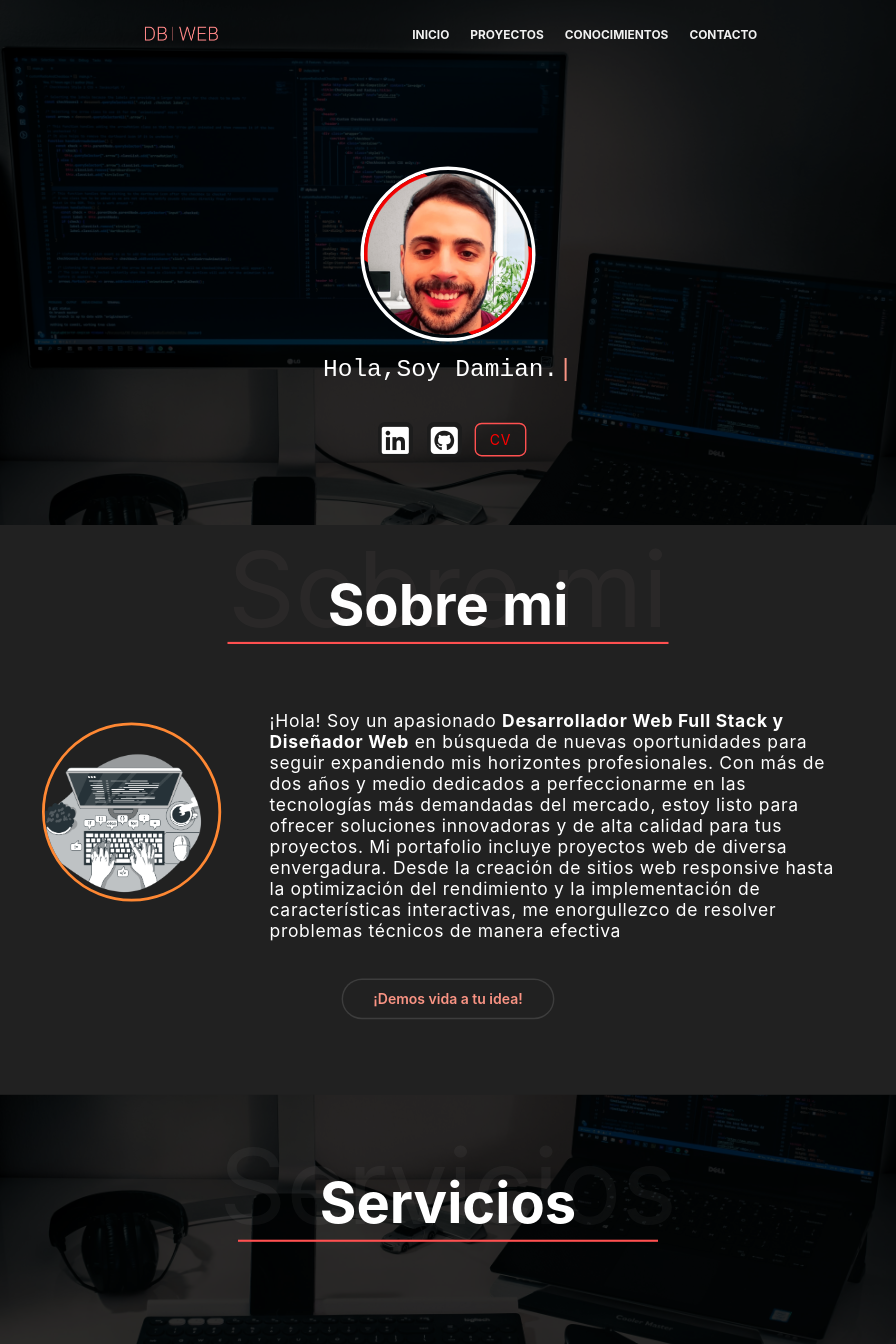
Repository: DamianBermudez94/DB-Porfolio
Page: /
The author's editor kept a copy of each file at every save. The page is drawn from the files as they stood at one save, then again after the next save.
The browser window is 1280 px wide. The pictures show the part of the page from y = 0 to 1920 px (the page is 6185 px tall before and 4885 px after), at 70% of full size.
Backgrounds fixed to the window are drawn as part of the page. Some web libraries are served in a nearby version. The project was rebuilt for these pictures with package versions that can differ from the ones it lists, and the page was loaded fresh each time. Also part of the build but not shown: vite.config.js, src/components/Conocimientos/styles.css, src/components/Conocimientos/Conocimientos.jsx, src/pages/AcerdaDe.jsx, src/components/Contacto/styles.css, src/components/Contacto/Contact.jsx, src/pages/contacto.jsx, src/data/trabajos.js and 4 more.

Above is the page before, as saved 2024-04-02 09:57:56.

### index.html
<!DOCTYPE html>
<html lang="es">
  <head>
    <meta charset="utf-8" />
    <meta name="viewport" content="width=device-width, initial-scale=1" />
    <meta name="geo.position" content="-35.1853171; -59.1479442" />
    <link
      rel="icon"
      type="image/png"
      sizes="32x32"
      href="./public/image/icons-favicon-DB.png"
    />
    <link
      rel="apple-touch-icon"
      type="image/png"
      sizes="32x32"
      href="./public/image/icons-favicon-DB.png"
    />

    <link rel="manifest" href="./src/manifiesto.json" />
    <title>Damián Bermúdez - Developer</title>
    <meta name="author" content="Damián Bermúdez" />
    <meta
      name="description"
      content="Desarrollador Web Full Stack - Diseñador Web - Paginás Web - Damián Bermúdez"
    />
    <meta name="theme-color" content="#000000" />
    <!--Estilos-->
    <script
      src="https://kit.fontawesome.com/bdbed0aafa.js"
      crossorigin="anonymous"
    ></script>
    <link rel="preconnect" href="https://fonts.gstatic.com" />
    <link rel="preconnect" href="https://fonts.gstatic.com" />
    <link rel="preconnect" href="https://fonts.gstatic.com" />
    <link rel="preconnect" href="https://fonts.gstatic.com" />
    <link
      href="https://fonts.googleapis.com/css2?family=Raleway:wght@200;300&family=Roboto:wght@100;300&display=swap"
      rel="stylesheet"
    />
  </head>
  <body>
    <div id="root"></div>
    <script type="module" defer src="/src/main.jsx"></script>
  </body>
</html>

### src/main.jsx
import ReactDOM from "react-dom/client";

import App from "./App";
import "./index.css";
const root = ReactDOM.createRoot(document.getElementById("root"));
root.render(<App />);

### src/App.jsx
import { useState, useEffect } from "react";
import { MisRutas } from "./routers/MisRutas";
import { BrowserRouter } from "react-router-dom";
import backgroundImage from "../public/image/banner-parallax2.jpg";
import "./App.css";
function App() {
  const [scrollPosition, setScrollPosition] = useState(0);

  useEffect(() => {
    const handleScroll = () => {
      setScrollPosition(window.pageYOffset);
    };

    window.addEventListener("scroll", handleScroll);

    return () => {
      window.removeEventListener("scroll", handleScroll);
    };
  }, []);

  return (
    <main className="content-main parallax-container">
      <div
        className="parallax-background"
        style={{
          backgroundImage: `url(${backgroundImage})`,
          backgroundPositionY: scrollPosition / 2 + "px",
        }}
      />
      <div className="parallax-content">
        <BrowserRouter>
          <MisRutas />
        </BrowserRouter>
      </div>
    </main>
  );
}

export default App;

### src/index.css
* {
  margin: 0;
  padding: 0;
  box-sizing: border-box;
}
body {
  font-family: -apple-system, BlinkMacSystemFont, "Segoe UI", "Roboto", "Oxygen",
    "Ubuntu", "Cantarell", "Fira Sans", "Droid Sans", "Helvetica Neue",
    sans-serif;
  -webkit-font-smoothing: antialiased;
  -moz-osx-font-smoothing: grayscale;
}

### src/routers/MisRutas.jsx
import {Routes, Route } from "react-router-dom";

import { Inicio } from "../pages/Inicio";
/*import { Servicios } from "../pages/Servicios";*/
import { AcerdaDe } from "../pages/AcerdaDe";
import { Contacto } from "../pages/contacto";
import { Proyectos } from "../pages/Proyecto";
import { Error } from "../components/Error";
import { NavHeader } from "../components/header/NavHeader";
import { Footer } from "../components/Footer/Footer";

export const MisRutas = () => {
  return (
    <div className="layout">
      {/*Header y navegacion*/}
      <NavHeader />
      {/*Contenido general*/}

      <Routes>
        <Route path="/" element={<Inicio />} />
        <Route path="/inicio" element={<Inicio />} />
        <Route path="/conocimientos" element={<AcerdaDe />} />
        <Route path="/contacto" element={<Contacto />} />
        <Route path="/proyecto" element={<Proyectos />} />
        <Route path="*" element={<Error />} />
      </Routes>

      {/* Footer*/}
      <Footer />
    </div>
  );
};

### src/App.css
.parallax-container {
  position: relative;
  overflow: hidden;
  color: #fff;


}
.parallax-background {
  position: absolute;
  top: 0;
  left: 0;
  width: 100%;
  height: 100%;
  background-size: cover;
  background-position: center;
  background-attachment: fixed;

}
.parallax-content {
 /* Agregamos una transición para suavizar la animación */
  padding-top: 150px;
  background-color: rgba(0, 0, 0, 0.8);
  position: relative;
  z-index: 1; /* Asegura que el contenido esté sobre la imagen de fondo */
}

### src/pages/Inicio.jsx
import { Home } from "../components/Home/Home";
export const Inicio = () => {
  return (
    <section>
      <Home />
    </section>
  );
};

### src/components/header/NavHeader.jsx
import { useState, useEffect } from "react";
import { NavLink } from "react-router-dom";
import "./NavHeader.css";
import BurguerButton from "./burgerButton";

export const NavHeader = () => {
  const [clicked, setClicked] = useState(false);
  const [scrolled, setScrolled] = useState(false);
  const handleClick = () => {
    //cuando esta true lo pasa a false y vice versa
    setClicked(!clicked);
  };
  useEffect(() => {
    const handleScroll = () => {
      if (window.scrollY > 50) {
        setScrolled(true);
      } else {
        setScrolled(false);
      }
    };

    window.addEventListener("scroll", handleScroll);

    // Limpiar el event listener en el desmontaje del componente
    return () => {
      window.removeEventListener("scroll", handleScroll);
    };
  }, []);

  return (
    <header className={`header ${scrolled ? "scrolled" : ""}`}>
      <div className="nav-content">
        <div className="logo">
          <NavLink to="/inicio">
            <img
              src={"/image/Logo-DB.png"}
              alt="Damian Bermudez desarrollador web"
            ></img>
          </NavLink>
        </div>

        <BurguerButton
          className="btn-menu"
          clicked={clicked}
          handleClick={handleClick}
        />
        <nav className={`menu ${clicked ? "active" : ""}`}>
          <ul>
            <li>
              <NavLink
                to="/inicio"
                onClick={handleClick}
                className={({ isActive }) => (isActive ? "active" : "")}
              >
                Inicio
              </NavLink>
            </li>
            <li>
              <NavLink
                to="/proyecto"
                onClick={handleClick}
                className={({ isActive }) => (isActive ? "active" : "")}
              >
                proyectos
              </NavLink>
            </li>
            <li>
              <NavLink
                to="/conocimientos"
                onClick={handleClick}
                className={({ isActive }) => (isActive ? "active" : "")}
              >
                conocimientos
              </NavLink>
            </li>
            <li>
              <NavLink
                to="/contacto"
                onClick={handleClick}
                className={({ isActive }) => (isActive ? "active" : "")}
              >
                contacto
              </NavLink>
            </li>
          </ul>
        </nav>
      </div>
    </header>
  );
};

### src/components/Footer/Footer.jsx

import './Footer.css'
export const Footer = () => {
  return (
    <footer className="footer">
      <div className="contenedor-footer container">
          <div className="footer-redes__sociales">
              <a href="https://www.facebook.com" className="link-redes_sociales" ><i className="fab fa-facebook facebook"></i></a>
              <a href="https://www.instagram.com" className="link-redes_sociales" ><i className="fab fa-instagram instagran"></i></a>
              <a href="https://www.linkedin.com" className="link-redes_sociales" ><i className="fab fa-linkedin linkedin"></i></a>
              <a href="https:/www.github.com" className="link-redes_sociales" ><i className="fab fa-github-square github"></i></a>
          </div>
          <hr className='footer-linea__separacion' />
          <div className="footer-text">
              <p className="title-copy">Hecho por<a className="title-footer" href="https://damianbermudezdev.es/">DB|WEB</a></p>
          </div>
      </div>
    </footer>
  )
}

### src/components/header/NavHeader.css
.header {
  height: 80px;
  width: 100%;
  max-width: 1200px;
  display: flex;
  justify-content: space-around;
  align-items: center;
  position: fixed;
  top: 0;
  right: 0;
  left: 0;
  z-index: 1000;
  padding: 50px 20px;
margin: 0 auto;
  transition: background-color 0.5s ease;
}

/* Cambiar el fondo al hacer scroll */
.header.scrolled {
  background-color: rgba(83, 83, 83, 0.9);
  border-radius: 10px;
  display: flex;
  justify-content: center;
  align-items: center;
  position: fixed;

  margin: 0 auto;
}

.nav-content {
  width: 90%;
  height: 80px;
  margin: 0 auto;
  display: flex;
  justify-content: space-around;
  padding: 5px;
  align-items: center;
}
.header .logo img {
  width: 150px;
  height: 100px;
  object-fit: cover;
}

.header nav ul {
  display: flex;
  justify-content: center;
  align-items: center;
  list-style: none;
}
.header li {
  text-decoration: none;
  text-transform: uppercase;
  font-size: 17px;
  font-weight: bold;
  margin: 15px;
}
.header li a {
  text-decoration: none;
  transition: all 300ms;
  color: #f1f1f1;
}
.header .active,
.header a:hover {
  color: rgb(255, 80, 80);
}

.header .btn-menu {
  display: none;
}
@media screen and (max-width: 960px) {
  .header {
    max-width: 900px;
  }

  .header .logo img {
    width: 200px;
    height: 150px;
  }

  .menu {
    list-style-type: none;
    margin: 0;
    padding: 0;
    transform: translateY(-100%);
    transition: transform 0.5s ease-in-out;
    position: fixed;
    top: 150px;
    left: 0%;
    width: 100%;
    height: 100vh;
    width: 100%;
    display: flex;
    flex-direction: column;
    align-items: center;
    justify-content: center;
    height: 0;
    overflow: hidden;
    background-color: rgba(255, 255, 255, 0);
    backdrop-filter: blur(19px);
  }

  .menu.active {
    transform: translateY(0);
    width: 100%;
    height: 100vh;
    bottom: 10px;
    display: block;
    margin: 0 auto;
  }

  .menu ul {
    flex-direction: column;
    align-items: center;
    justify-content: center;
  }

  .menu li {
    width: 100%;
    margin: 10px auto;
    border-bottom: 1px solid rgb(255, 1, 1);
    margin: 10px 0;
    transform: translateY(-50px);
    opacity: 0;
    transition: transform 0.5s ease, opacity 0.5s ease;
  }
  .menu.active li {
    transform: translateY(0);
    opacity: 1;
    padding: 10px;
  }
  .menu a {
    text-decoration: none;
    color: #fff;
    font-size: 20px;
    transition: color 0.3s;
  }
  .menu a:hover {
    color: #ffd700;
  }
}
@media screen and (max-width: 480px) {
  .header {
    padding: 50px;

  }
  .header .logo img {
    width: 150px;
    height: 100px;
  }
}

### src/components/header/burgerButton.jsx
/* eslint-disable react/prop-types */

import styled from "styled-components";

function BurguerButton(props) {
  return (
    <Burguer>
      <div
        onClick={props.handleClick}
        className={`btn-menu nav-icon-5 ${props.clicked ? "open" : ""}`}
      >
        <span></span>
        <span></span>
        <span></span>
      </div>
    </Burguer>
  );
}

export default BurguerButton;

const Burguer = styled.div`
  /* nav-icon-5 */
  .nav-icon-5 {
    width: 35px;
    height: 30px;
    position: relative;
    cursor: pointer;
    display: flex;
    margin: 25px auto;
  }
  .nav-icon-5 span {
    background-color: #fff;
    position: absolute;
    border-radius: 2px;
    transition: 0.3s cubic-bezier(0.8, 0.5, 0.2, 1.4);
    width: 100%;
    height: 4px;
    transition-duration: 500ms;
  }
  .nav-icon-5 span:nth-child(1) {
    top: 0px;
    left: 0px;
  }
  .nav-icon-5 span:nth-child(2) {
    top: 13px;
    left: 0px;
    opacity: 1;
  }
  .nav-icon-5 span:nth-child(3) {
    bottom: 0px;
    left: 0px;
  }
  .nav-icon-5:not(.open):hover span:nth-child(1) {
    transform: rotate(-3deg) scaleY(1.1);
  }
  .nav-icon-5:not(.open):hover span:nth-child(2) {
    transform: rotate(3deg) scaleY(1.1);
  }
  .nav-icon-5:not(.open):hover span:nth-child(3) {
    transform: rotate(-4deg) scaleY(1.1);
  }
  .nav-icon-5.open span:nth-child(1) {
    transform: rotate(45deg);
    top: 13px;
  }
  .nav-icon-5.open span:nth-child(2) {
    opacity: 0;
  }
  .nav-icon-5.open span:nth-child(3) {
    transform: rotate(-45deg);
    top: 13px;
  }
  @media screen and (min-width: 960px) {
    .btn-menu {
      display: none;
    }
  }
`;

### src/components/Footer/Footer.css
.footer {
  min-height: 120px;
  line-height: 7px;
  text-align: center;
  font-size: 22px;
  padding: 45px;
  background-color: #212121;
}

.contenedor-footer {
  display: flex;
  flex-direction: column;
  justify-content: center;
  align-content: center;
  margin: 0 auto;
  padding: 20px;
}
.footer-text {
  display: flex;
  justify-content: center;
  align-items: center;
  padding: 10px;
  margin-top: 20px;
}
.title-copy {
  text-align: center;
  font-size: 26px;
  font-weight: 300;
}
.title-footer {
  text-decoration: none;
  color: rgb(252, 136, 136);
  margin-left: 5px;
}
.footer-linea__separacion{
  height: 1px;
  width: 100%;
  max-width: 700px;
  margin: 0 auto;


}
body.dark .title-copy {
  color: #f1f1f1;
}

.footer-redes__sociales {
  display: flex;
  justify-content: center;
  align-items: center;
  text-align: center;
  margin-bottom: 10px;
}
.link-redes_sociales {
  text-decoration: none;
  width: 50px;
  height: 50px;
  margin: 10px;
  color: rgb(255, 255, 255);
  background-color: rgb(28, 28, 28);
  border-radius: 10px;
  text-align: center;
  position: relative;
  transition: transform 0.4s;
  font-size: 26px;
  padding: 4px;
}
.link-redes_sociales:hover {
  transform: rotate(45deg);
}
.link-redes_sociales::before {
  content: "";
  position: absolute;
  width: 100%;
  height: 100%;
  opacity: 0;
  background-color: #373737;
  border-radius: 10px;
  transition: opacity 0.2s;
}
.link-redes_sociales:hover::before {
  opacity: 0.4;
}
.link-redes_sociales:nth-child(1)::before {
  background-color: rgb(255, 80, 80);
}
.link-redes_sociales:nth-child(2)::before {
  background-color: rgb(255, 80, 80);
}
.link-redes_sociales:nth-child(3)::before {
  background-color: rgb(255, 80, 80);
}
.link-redes_sociales:nth-child(4)::before {
  background-color: rgb(255, 80, 80);
}

.link-redes_sociales:hover::before {
  transform: translate(-4px, -4px);
  filter: blur(10px);
}

.link-redes_sociales i {
  font-size: 1.7em;
  transition: all 0.4s;
}
.link-redes_sociales:hover i {
  color: #f1f1f1;
  transform: rotate(-45deg);
}

body.dark .redes-sociales i {
  color: #f1f1f1;
}

### src/components/TextoCustom/CustomText.jsx
/* eslint-disable react/prop-types */
import  { useState, useEffect } from 'react';
import './styles.css';

const CustomText = ({ words, typingDelay = 200, changingDelay = 3000 }) => {
  const [index, setIndex] = useState(0);
  const [subIndex, setSubIndex] = useState(0);
  const [reverse, setReverse] = useState(false);

  // Efecto para manejar la escritura y eliminación de las palabras
  useEffect(() => {
    if (subIndex === words[index].length + 1 && !reverse) {
      setReverse(true);
      return;
    }

    if (subIndex === 0 && reverse) {
      setReverse(false);
      setIndex((prev) => (prev + 1) % words.length);
      return;
    }

    const timeout = setTimeout(() => {
      setSubIndex((prev) => prev + (reverse ? -1 : 1));
    }, typingDelay);

    return () => clearTimeout(timeout);
  }, [subIndex, index, reverse]);

  // Efecto para cambiar la palabra después de un cierto tiempo
  useEffect(() => {
    if (!reverse) {
      return;
    }

    const timeout = setTimeout(() => {
      setReverse(false);
      setIndex((prev) => (prev + 1) % words.length);
    }, changingDelay);

    return () => clearTimeout(timeout);
  }, [reverse]);

  return (
    <div className="typewriter">
      <span>{`${words[index].substring(0, subIndex)}${reverse ? '.' : ' '}`}</span>
    </div>
  );
};

export default CustomText;

### src/components/TextoCustom/styles.css
.typewriter span {

    display: flex;
    align-items: center;
    justify-content: center;
    font-size: 35px;
    font-family: monospace;
    overflow: hidden;
    white-space: nowrap;
    padding: 20px;
  }

  .typewriter span:after {
    content: '|';
    animation: blink-caret .75s step-end infinite;
    color: #fa9484;
  }

  @keyframes blink-caret {
    from, to { border-color: transparent }
    50% { border-color: black }
  }

  @media (max-width: 780px) {
    .typewriter span {
       font-size: 30px;
      }
  }
  @media (max-width: 780px) {
    .typewriter span {
       font-size: 20px;
      }
  }

### src/components/Servicios/styles.css
/**--Mis Servicios--**/
.section-servicios {
  width: 100%;
  padding: 20px;
  margin-top: 80px;
}
.title-servicios {
  width: 100%;
  max-width: 600px;
  font-size: 80px;
  margin: auto;
  text-align: center;
  padding: 5px;
  color: rgb(255, 255, 255);
  border-bottom: 3px solid rgb(255, 80, 80);
}
.sub-title__servicios {
  display: flex;
  justify-content: center;
  width: 100%;
  position: relative;
  opacity: 0.04;
  font-size: 150px;
  top: -170px;
  color: rgb(255, 255, 255);
  margin: 0 auto;
}
.container-card_servicios {
  width: 100%;
  max-width: 1000px;
  display: grid;
  grid-template-columns: repeat(2, 1fr);
  padding: 5px;
  gap: 25px;
  margin: 0 auto;
}

.card {
  max-width: 600px;
  border-radius: 20px;
  margin: 20px auto;
  background-color: rgb(0, 0, 0);
  position: relative;
  padding: 1.8rem;
  border: 1px solid #c3c6ce;
  transition: 0.5s ease-out;
  cursor: pointer;
}

.card-details {
  display: grid;
  gap: 0.5em;
  grid-template-columns: repeat(2, 1fr);
  align-items: center;
  color: #fff;
  margin: 0 auto;
}
.card-details img {
  width: 200px;
  height: 100px;
object-fit: contain;
  background-color: #fff;
  color: #fff;
  border-radius: 5px;
}

.text-title {
  font-size: 2em;
}
.card-details ul{
  grid-column:  span 1;
  align-items: center;
  color: #fff;
  margin: 0 auto;
}

.card:hover {
  border-color: #fa9484;
  box-shadow: 0 4px 18px 0 rgba(250, 82, 82, 0.2);
}

.card:hover .card-button {
  transform: translate(-50%, 50%);
  opacity: 1;
}

.card-button {
  transform: translate(-50%, 125%);
  width: 60%;
  text-decoration: none;
  border-radius: 1rem;
  border: none;
  background-color: rgb(255, 80, 80);
  color: #fff;
  font-size: 1.3rem;
  text-align: center;
  padding: 0.5rem 1rem;
  position: absolute;
  left: 50%;
  bottom: 0;
  opacity: 0;
  transition: 0.3s ease-out;
}
.card-button:hover {
  background-color: rgb(255, 255, 255);
  color: #fa9484;
  border: 1px solid rgb(255, 80, 80);
}
/**--- Estilos Scrol --- **/

.scroll-reveal-derecha {
  opacity: 0;
  transform: translateX(80px);
  transition: opacity 0.8s ease, transform 0.8s ease;
}

.scroll-reveal-derecha.visible {
  opacity: 1;
  transform: translateX(0);
}
.scroll-reveal-izquierda {
  opacity: 0;
  transform: translateX(-80px);
  transition: opacity 0.8s ease, transform 0.8s ease;
}
.scroll-reveal-izquierda.visible {
  opacity: 1;
  transform: translateX(0);
}

/**--- Responsive Mis-Servivios**/

@media (max-width: 1380px) {
  .card {
    margin: 10px auto;
  }
  .container-card_servicios {
    width: 100%;
    grid-template-columns: repeat(1, 1fr);
    justify-content: center;
    margin: 0 auto;
    padding: 20px;
  }
}

@media (max-width: 767px) {
  .card-details {
    grid-template-columns: repeat(1, 1fr);
    justify-items: center;
  }
  .card-details p {
    grid-column: span 1;
  }
  .title-servicios {
    font-size: 50px;
    max-width: 400px;
    margin: auto;
    text-align: center;
    padding: 5px;
    color: rgb(255, 255, 255);
    border-bottom: 3px solid rgb(255, 80, 80);
  }
  .sub-title__servicios {
    font-size: 90px;
    top: -100px;
    color: rgb(253, 214, 214);
  }
}
@media (max-width: 480px) {
  .title-servicios {
    font-size: 35px;
    max-width: 300px;
  }
}

Loaded but not shown: src/components/Servicios/Service.jsx (334 lines, source omitted); src/components/Home/styles.css (402 lines, source omitted); src/components/Home/Home.jsx (143 lines, source omitted)

After the next save:
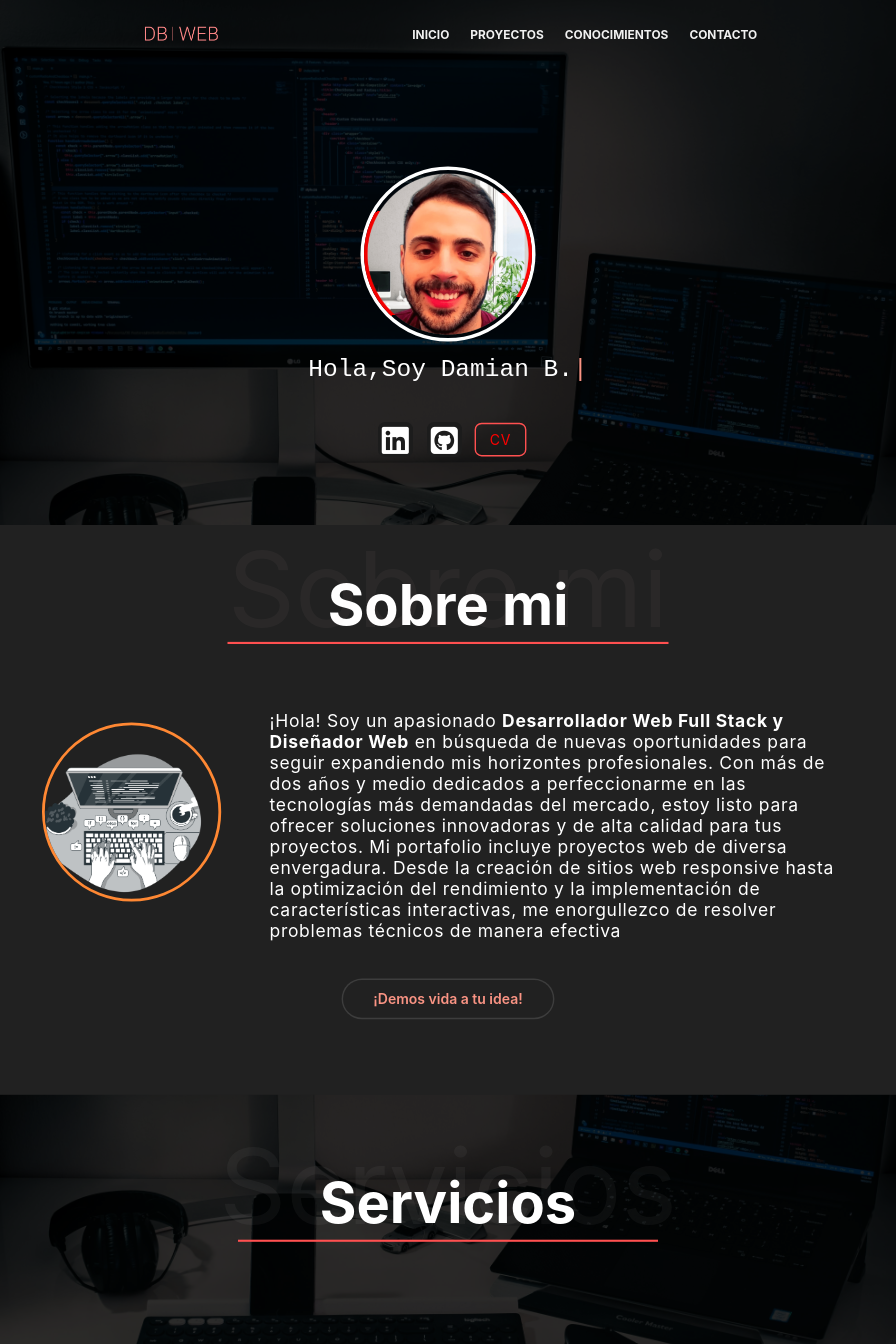
Saved 7 s later.
--- a/src/components/Servicios/styles.css
+++ b/src/components/Servicios/styles.css
@@ -68,8 +68,8 @@ object-fit: contain;
   font-size: 2em;
 }
 .card-details ul{
-  grid-column:  span 1;
-  align-items: center;
+  grid-column:  span 2;
+
   color: #fff;
   margin: 0 auto;
 }
